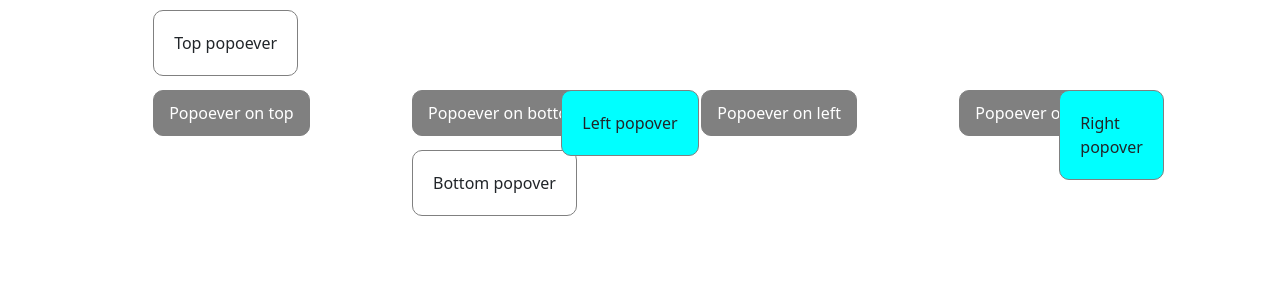
Repository: 1509Long/1509long.github.io
Page: exam.html
The author's editor kept a copy of each file at every save. The page is drawn from the files as they stood at one save, then again after the next save.
The browser window is 1280 px wide. The pictures show the whole page.

Above is the page before, as saved 2022-05-24 20:49:39.

After the next save:
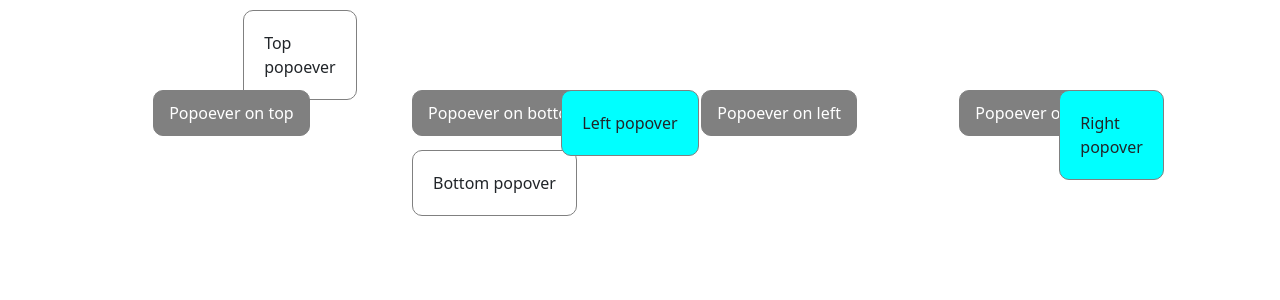
Saved 6 s later.
--- a/exam.html
+++ b/exam.html
@@ -48,7 +48,7 @@
       .toggle-top {
         position: absolute;
         top: -80px;
-        left: 90;
+        left: 90px;
         z-index: 1000;
       }
 
